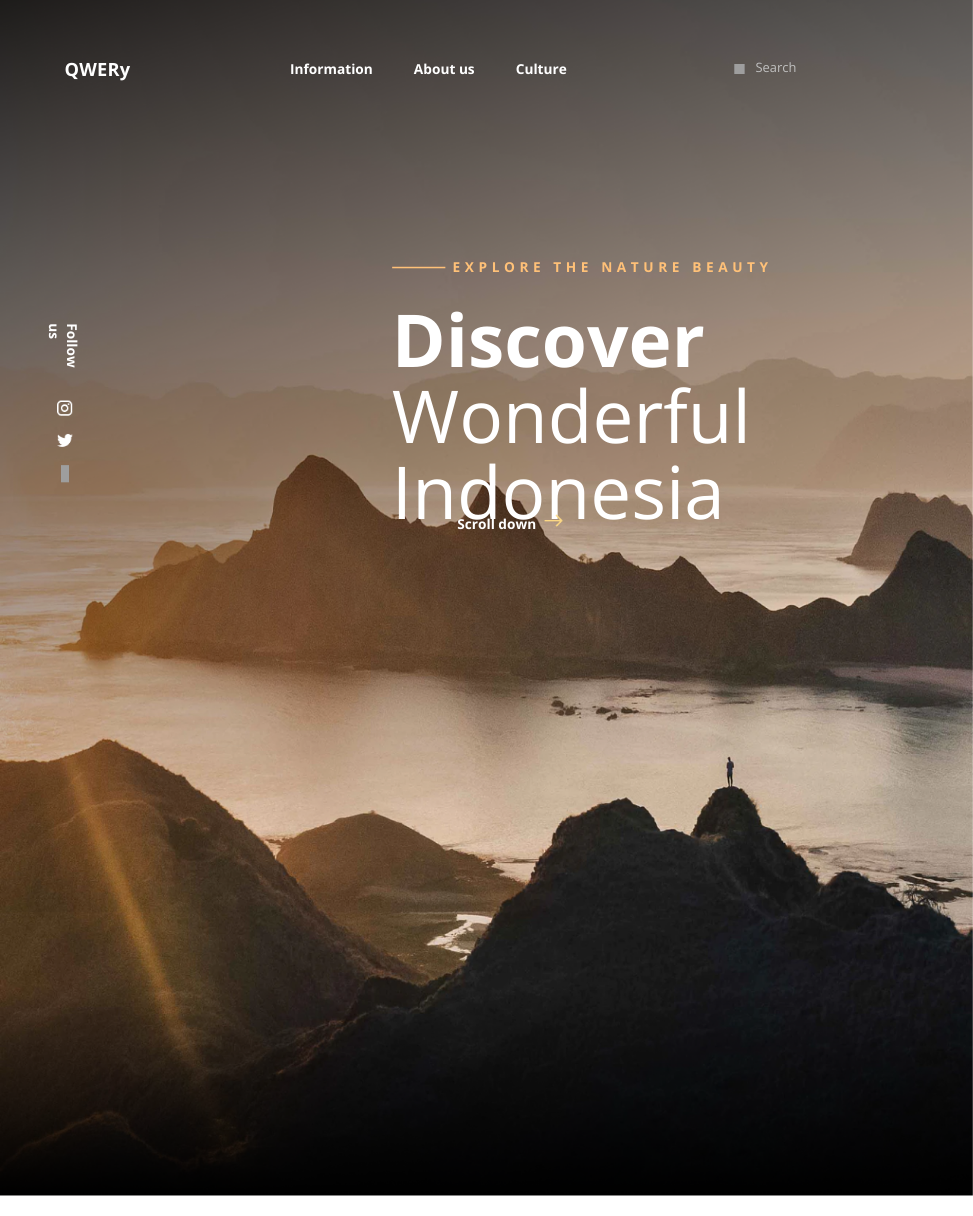
Repository: AndreyMykulych/user_home_work_Mykulych
Page: 6/index.html
An editor plug-in stored every save of this project. The page is shown before and after the next save, followed by the edit.
The browser window is 1280 px wide. The pictures show the whole page, at 76% of full size.
Pictures or frames that could not be fetched are drawn as grey boxes.

Above is the page before, as saved 2023-03-09 18:44:24.

### 6/index.html
<!DOCTYPE html>
<html lang="en">
<head>
    <meta charset="UTF-8">
    <meta http-equiv="X-UA-Compatible" content="IE=edge">
    <meta name="viewport" content="width=device-width, initial-scale=1.0">
    <title>Document</title>
    <link rel="stylesheet" href="style/normalize.css">
    <link rel="stylesheet" href="style/style.css">
    <link rel="preconnect" href="https://fonts.googleapis.com">
<link rel="preconnect" href="https://fonts.gstatic.com" crossorigin>
<link href="https://fonts.googleapis.com/css2?family=Cinzel&family=Roboto:wght@300;400&family=Zilla+Slab:wght@300&display=swap" rel="stylesheet">
<link rel="preconnect" href="https://fonts.googleapis.com">
<link rel="preconnect" href="https://fonts.gstatic.com" crossorigin>
<link href="https://fonts.googleapis.com/css2?family=Cinzel&family=Open+Sans:wght@700&family=Roboto:wght@300;400&family=Zilla+Slab:wght@300&display=swap" rel="stylesheet">
<link rel="preconnect" href="https://fonts.googleapis.com">
<link rel="preconnect" href="https://fonts.gstatic.com" crossorigin>
<link href="https://fonts.googleapis.com/css2?family=Cinzel&family=Open+Sans:ital,wght@0,700;1,600&family=Roboto:wght@300;400&family=Zilla+Slab:wght@300&display=swap" rel="stylesheet">
<link rel="preconnect" href="https://fonts.googleapis.com">
<link rel="preconnect" href="https://fonts.gstatic.com" crossorigin>
<link href="https://fonts.googleapis.com/css2?family=Cinzel&family=Open+Sans:ital,wght@0,300;0,700;1,600&family=Roboto:wght@300;400&family=Zilla+Slab:wght@300&display=swap" rel="stylesheet">
</head>
<body>
       <div class="app">
           <div class="first-block">
               <header class="head">
                   <h1>QWERy</h1>
                   <div class="menu">
                   <ul>
                       <li><a href="#">Information</a></li>
                       <li><a href="#">About us</a></li>
                       <li><a href="#">Culture</a></li>
                   </ul>
                </div>
                <div class="search_btn">
                    <img src="img/search.png" alt="search">
                    <input type="search" placeholder="Search">
                </div>
               </header>
               <section1>
                   <div class="leftbar">
                       <p>Follow us</p>
                       <img class="inst" src="img/Inst.png" alt="Inst">
                       <img class="twit" src="img/twit.png" alt="twit">
                       <img class="fb"   src="img/fb.png"   alt="fb">
                   </div>
                   <div class="discover">
                       <!-- <img src="img/line.png" alt="line"> -->
                       <p class="Explore">Explore the Nature Beauty</p>
                       <h1>Discover</h1>
                       <h2>Wonderful Indonesia</h2>
                   </div>
               </section1>
               <div class="scroll_down">
                <p>Scroll down</p>
            </div>
           </div>
       </div>
</body>
</html>

### 6/style/style.css
*{
    box-sizing: border-box;
}

.app{
    margin: 0;

}
.first-block{

    height: 1600px;
    padding: 0;
    margin-top: 0;
    background-image: url("../img/firstbg.png");
  background-repeat: no-repeat;
  background-size: auto;

}

.head {
    display: flex;
    margin: 0px 84px 0px 85px;
    padding-top: 58px;
    justify-content: space-between;
    align-items: center;
}
.head h1{
    font-family: 'Open Sans';
font-style: normal;
font-weight: 700;
font-size: 24px;
line-height: 33px;
letter-spacing: 0.01em;
text-transform: capitalize;
color: #FFFFFF;
}
ul li{
    list-style: none;
    display: inline-block;
    padding-right: 50px;

}
ul li a{
    font-family: 'Open Sans';
font-style: normal;
font-weight: 600;
font-size: 18px;
line-height: 25px;
color: #FFFFFF;
}
a{
    text-decoration: none;
}
.search_btn{
    display: flex;
    justify-content: space-between;
   width: 230px;
   align-items: center;
}
.search_btn img{
    width: 14px;
    height: 14px;
}
.search_btn input {
    background: transparent;
    border: none;

}
.search_btn ::placeholder {

font-family: 'Open Sans';
font-style: normal;
font-weight: 400;
font-size: 17px;
line-height: 23px;

color: #C0C0C0;
}
section1{
    display: flex;
    flex-direction: row;
    width: 100%;
  height: 230px;
  margin-top: 198px;
}
.leftbar p{
    font-size: 20px;
    transform: rotate(90deg);
}
.leftbar{
    width:90px;
    height: 250px;
    display: flex;
   flex-direction: column;
    height: 214px;
    align-items: center;
    margin-top: 100px;
     margin-left: 46px;
     justify-content: space-between;
}
.leftbar img{
    margin-left: 5px;
}
.leftbar .inst{
    width: 20px;
    height: auto;
}
.leftbar .fb{
    width: 11px;
    height: 23px;
}
.leftbar .twit{
    width: 20.92px;
    height: 17px;
}
.leftbar p{
    font-family: 'Open Sans';
font-style: normal;
font-weight: 600;
font-size: 18px;
line-height: 23px;
color: #FFFFFF;
transform: rotate(90deg);
}
.discover{
    margin-left: 396px;
    position: relative;
    margin-bottom: 0;
    padding-bottom: 0;
}
.discover p{

    display: flex;
    align-items: center;
    font-family: 'Open Sans';
font-style: normal;
font-weight: 700;
font-size: 18px;
line-height: 25px;
letter-spacing: 6px;
text-transform: uppercase;
color: #FFC178;
}

.discover p::before {
    content: "";
    display: block;
    width: 70px;
    height: 2px;
    background-image: url("../img/line.png");
    margin-right: 10px;
  }
.discover h1{
    font-family: 'Open Sans';
font-style: normal;
font-weight: 700;
font-size: 96px;
line-height: 100px;
text-transform: capitalize;
color: #FFFFFF;
flex: none;
order: 1;
flex-grow: 0;
margin-bottom: 0;
margin-top: 32px;
}
.discover h2{
    font-family: 'Open Sans';
    font-style: normal;
    font-weight: 300;
    font-size: 96px;
    line-height: 100px;
    color: #FFFFFF;
    text-transform: capitalize;
    margin:0;
}
.scroll_down{
    margin-left: 47%;
margin-top: 126px;
}
.scroll_down p{
    font-family: 'Open Sans';
font-style: normal;
font-weight: 600;
font-size: 18px;
line-height: 25px;
color: #FFFFFF;
}
.scroll_down p::after{
    position: absolute;
    display: inline-block;
    content: "";
    width: 100px;
    height: 40px;
    margin-left: 10px;
    background-image: url("../img/arrow_downward_24px.png");
    background-repeat: no-repeat;

}

Loaded but not shown: 6/style/normalize.css (library)

After the next save:
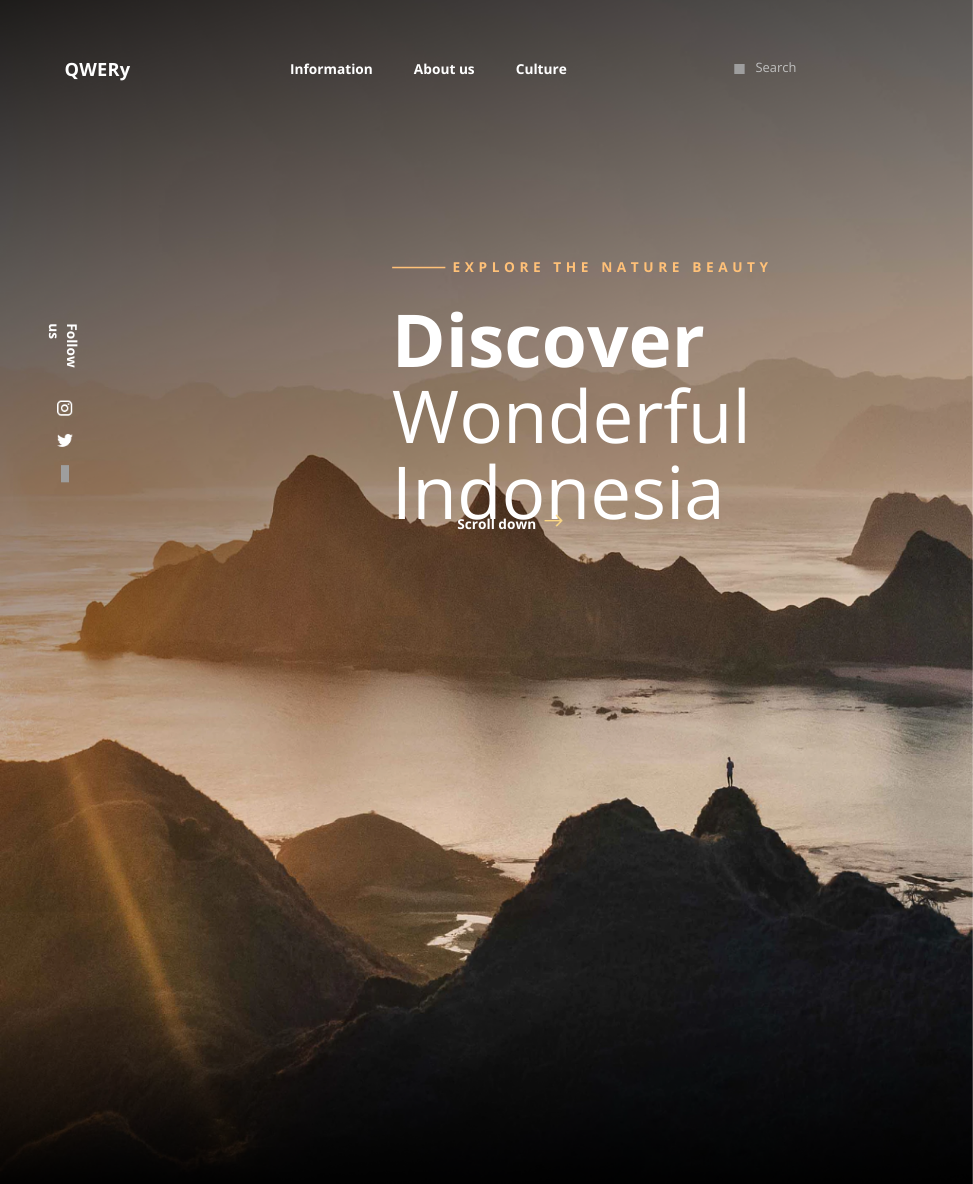
Saved 31 s later.
--- a/6/style/style.css
+++ b/6/style/style.css
@@ -8,7 +8,7 @@
 }
 .first-block{
 
-    height: 1600px;
+    height: 1558px;
     padding: 0;
     margin-top: 0;
     background-image: url("../img/firstbg.png");
